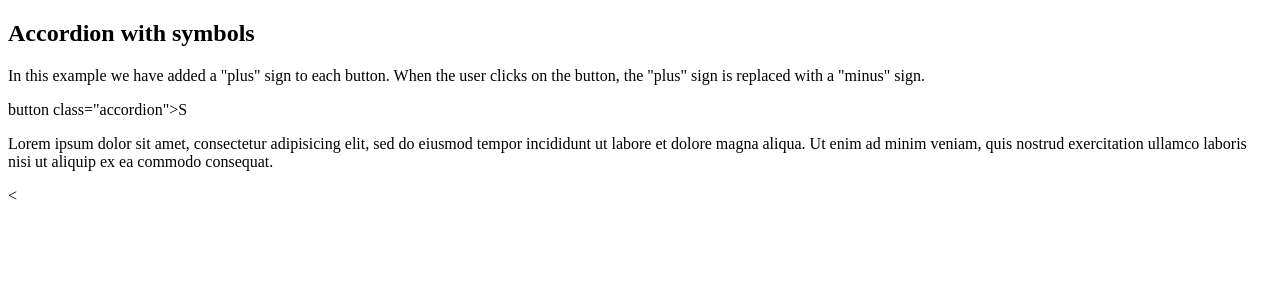
Repository: 16lineEyes/accordion
Page: index.html/index.html
The author's editor kept a copy of each file at every save. The page is drawn from the files as they stood at one save, then again after the next save.
The browser window is 1280 px wide. The pictures show the whole page.

Above is the page before, as saved 2024-07-20 19:44:28.

After the next save:
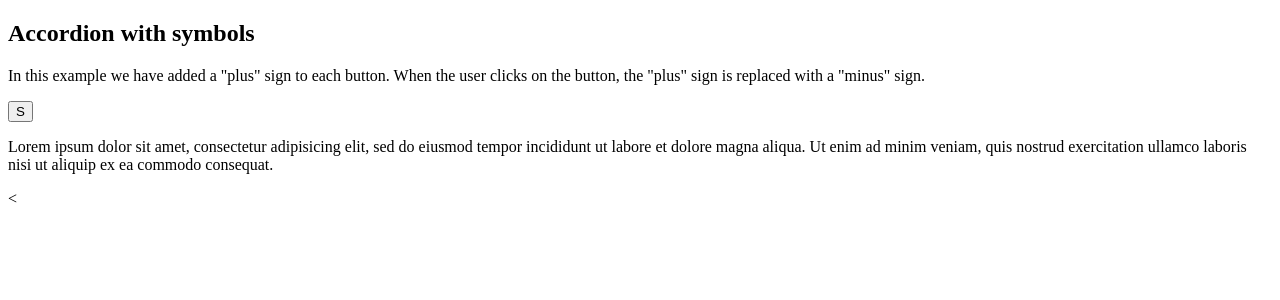
Saved 11 s later.
--- a/index.html/index.html
+++ b/index.html/index.html
@@ -8,7 +8,7 @@
 <body>
     <h2>Accordion with symbols</h2>
 <p>In this example we have added a "plus" sign to each button. When the user clicks on the button, the "plus" sign is replaced with a "minus" sign.</p>
-button class="accordion">S</button>
+<button class="accordion">S</button>
 <div class="panel">  <p>Lorem ipsum dolor sit amet, consectetur adipisicing elit, sed do eiusmod tempor incididunt ut labore et dolore magna aliqua. Ut enim ad minim veniam, quis nostrud exercitation ullamco laboris nisi ut aliquip ex ea commodo consequat.</p>
 
 </div>
